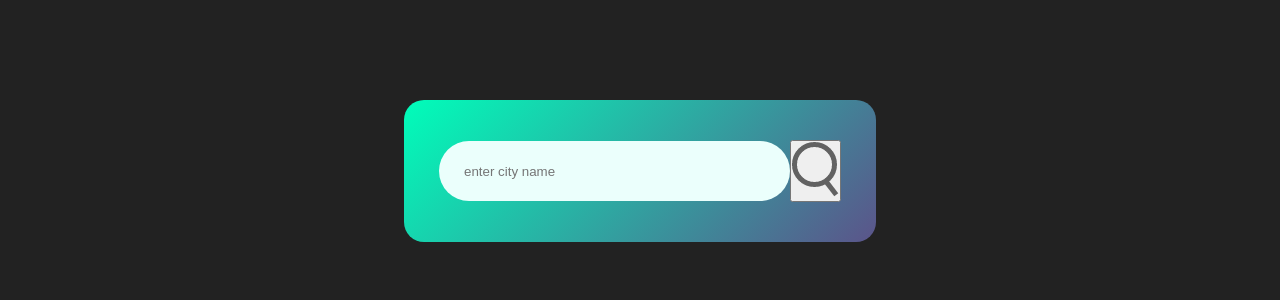
Repository: Rohit-foryou/Weather-app
Page: Weather App/Weather.html
The author's editor kept a copy of each file at every save. The page is drawn from the files as they stood at one save, then again after the next save.
The browser window is 1280 px wide. The pictures show the whole page.

Above is the page before, as saved 2023-12-13 14:16:30.

After the next save:
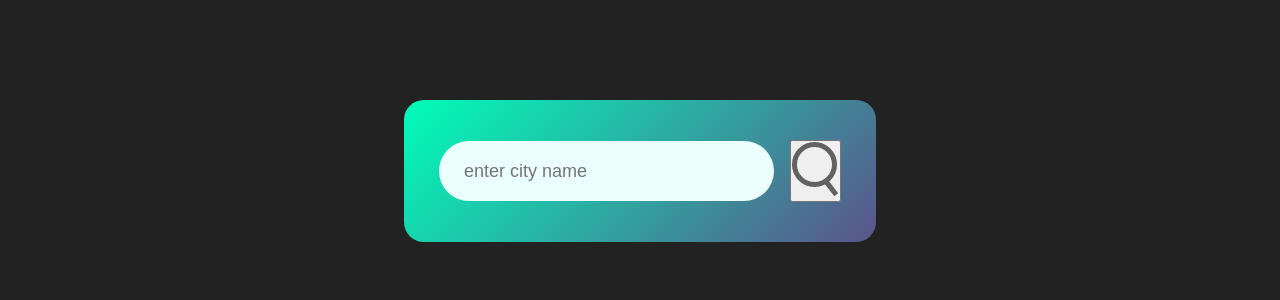
Saved 21 s later.
--- a/Weather App/Weather.css
+++ b/Weather App/Weather.css
@@ -36,5 +36,6 @@ body{
     height: 60px;
     border-radius: 30px;
     flex: 1;
-
+    margin-right: 16px;
+    font-size: 18px;
 }
